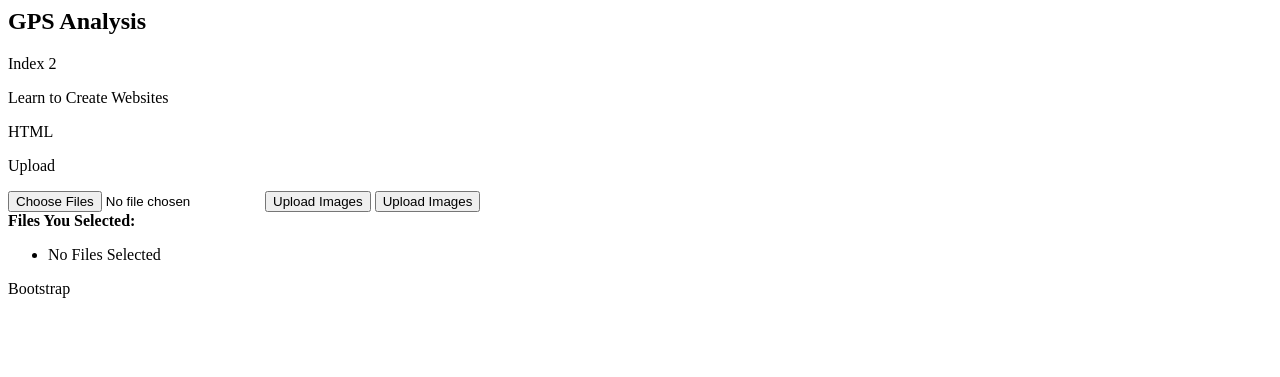
Repository: hanjangchen/Raspberry
Page: prjGAEGPSAnalysis/prjGPSAnalysis/src/static/my_ng_templates/desktop/index_2.html
The author's editor kept a copy of each file at every save. The page is drawn from the files as they stood at one save, then again after the next save.
The browser window is 1280 px wide. The pictures show the whole page.

Above is the page before, as saved 2014-10-31 02:59:07.
Console error: ReferenceError: $ is not defined

### prjGAEGPSAnalysis/prjGPSAnalysis/src/static/my_ng_templates/desktop/index_2.html
<!-- sub-template for index page -->
<div>
	<h2>GPS Analysis</h2>
	<my-index-gps-data>
	<p>Index 2</p>
	</my-index-gps-data>
</div>

<!-- content block -->
<div class="container-fluid">
	<div class="jumbotron">
		<p>Learn to Create Websites</p>
	</div>
	<div class="row">
		<div class="col-xs-4 col-sm-4 col-md-4 col-lg-4 ">
			<p>HTML</p>
		</div>
		<div class="col-xs-4 col-sm-4 col-md-4 col-lg-4">
			<p>Upload</p>

			<section>

				<input type="file" id="images_for_upload" name="images_for_upload"
					multiple="true" value="Add Images" accept="image/*"
					required="required"> <input type="submit"
					value="Upload Images"> <input type="button" id="btn_upload"
					value="Upload Images">
			</section>
			<section>
				<strong>Files You Selected:</strong>
				<ul id="files_list">
					<li>No Files Selected</li>
				</ul>
			</section>
		</div>
		<div class="col-xs-4 col-sm-4 col-md-4 col-lg-4">
			<p>Bootstrap</p>
		</div>
	</div>
</div>

<!-- js libs -->
<script type="text/javascript" src="/js/plugin_mis/numeric-1.2.6.min.js"></script>
<script type="text/javascript"
	src="/js/plugin_mis/particle_swarm_optimization.js"></script>
<script type="text/javascript">
<!--
	var imgs_for_upload = [];
	$('#images_for_upload')
			.change(
					function() {

						var input = document
								.getElementById("images_for_upload");
						var ul = document.getElementById("files_list");
						var toolarge = "";
						var maxsize = 1024000;
						while (ul.hasChildNodes()) {
							ul.removeChild(ul.firstChild);
						}
						for ( var i = 0; i < input.files.length; i++) {

							if (input.files[i].size > maxsize) {
								toolarge += input.files[i].name + "\n";
							} else {
								var li = document.createElement("li");
								li.innerHTML = input.files[i].name;
								ul.appendChild(li);
								imgs_for_upload.push(input.files[i]);
							}

						}
						if (!ul.hasChildNodes()) {
							var li = document.createElement("li");
							li.innerHTML = 'No Files Selected';
							ul.appendChild(li);
						}

						//
						if (toolarge != "") {
							alert("These images were not uploaded due to size limit of 1MB\n"
									+ toolarge);
						}
					});

	$('#btn_upload').click(function() {
		var data=new FormData();
		data.append("images_for_upload",imgs_for_upload);

		//
		send_photo(data);
	});

	function sendPhotos(filedata) {
		$.ajax({
	    	url: '/base/upload_img',
	    	data: filedata,
	    	cache: false,
	    	contentType: false,
	   	     processData: false,
	    	type: 'POST',
	    	success: function(receiveddata){
	    		var data=JSON.parse(receiveddata);
	    		imagelinks=data['img_urls'];
	    		for(var i=0;i<imagelinks.length;i++){
	        	$('#phototable').append('<tr><td><img src='+imagelinks[i]+'/></td></tr>');
	        }
	        }
			});

		}
//-->
</script>

### prjGAEGPSAnalysis/prjGPSAnalysis/src/static/javascripts/plugin_mis/particle_swarm_optimization.js
/*
 *  Particles Swarm Optimization
 *  This is a standard PSO to find out optimal solution through out the stochastic spaces
 *  PS: Current test function is (0.007 * x_1 * (-x_2 -1)) * ( cos(x_1 + 0.3) - sin(x_2))+(1 - sin(x_1)) and the optimal value is around -1.798
 * */

var particles_swarm_optimization = {

		// configuration
		config : {
			parameters_range : [[-15, -15],[15, 15]], // ranges of particles;
														// row 1 represent low
														// boundary and row 2
														// represent up boundary
			particles_size : 60, // size of particles swarm
			iteration : 50, // iteration number
			max_min_factor : -1, // 1 means to find max; -1 means to find min
			Emax : Number.MAX_VALUE, // maximum value
			Emin : -Number.MAX_VALUE, // minimum value
			Type : 0, // 0 for real number; 1 for integer

			c1 : 2.05, // cognitive parameter (original value; would be
						// replaced by linear change)
			c2 : 4.1 - 2.05, // c2 = 4.1 - c1 // social parameter (original
								// value; would be replaced by linear change)
			constriction_factor : 0.729, // constrain factor

			diff_of_ranges : [], // ranges of each parameter (from low
									// boundary to up boundary)
			up_boundaries : [], //
			low_boundaries : [], // low boundary

			particles_values : [], // values set of particles
			particles_initial_values : [], // initial values set of particles

			particles_velocity : [], // velocity set of particles
			particles_initial_velocity : [], // can be zero or certain
												// reasonable values based on
												// each particle range

			performance_index_set : [], // performance index set
			performance_initial_index_set : [], // initial performance index set

			learning_rate : 0, // learning rate
			learning_rate_self_param_min : 0.4, // minimum learning rate of
												// particle itself
			learning_rate_self_param_max : 0.9, // maximum learning rate of
												// particle itself
			learning_rate_cognitive_min : 1.9, // minimum learning rate of
												// cognitive parameter
			learning_rate_cognitive_max : 2.1, // maximum learning rate of
												// cognitive parameter
			learning_rate_cognitive : 0,
			learning_rate_social : 0,
			learning_rate_self : 0,

			min_cost : 0, // minimum cost
			min_cost_set : [],
			mean_cost : 0, // mean value
			mean_cost_set : [],
			RMS_cost : 0, // root-mean-square cost
			RMS_cost_set : [],

			local_optimal : 0, // local optimal
			index_local_optimal : 0, // index of global optimal in particles
										// set
			global_optimal : 0, // global optimal
			index_global_optimal : 0, // index of global optimal
			local_optimal_value_set : [],
			local_optimal_particles_set : [],
			global_optimal_value_set : [],
			global_optimal_particles_set : [],

		},

		// initialization function
		init_pso : function(){
			/* new */
			this.config.low_boundaries = this.config.parameters_range[0];
			this.config.up_boundaries = this.config.parameters_range[1];
			this.config.diff_of_ranges = numeric.sub(this.config.up_boundaries, this.config.low_boundaries);

			// init particles' values
			this.config.particles_values = numeric.random([this.config.particles_size, this.config.parameters_range[0].length]);
			this.config.particles_values = numeric.dotMMbig(this.config.particles_values, [[this.config.diff_of_ranges[0], 0], [0, this.config.diff_of_ranges[1]]]);
			var temp_low_boundaries_matrix = numeric.rep([this.config.particles_size], this.config.low_boundaries);
			this.config.particles_values = numeric.add(this.config.particles_values, temp_low_boundaries_matrix);

			// init particles velocity
			this.config.particles_velocity = numeric.rep([this.config.particles_size], [0, 0]);

			// evaluate init particles set
			for(var ith = 0; ith < this.config.particles_size; ith++){
				temp_particle_values = this.config.particles_values[ith];

				var performance_index = (0.007 * temp_particle_values[0] * (-temp_particle_values[1]-1)) * (Math.cos(temp_particle_values[0]+0.3) - Math.sin(temp_particle_values[1]))+(1-Math.sin(temp_particle_values[0]));
				if (performance_index > this.config.Emax){
					performance_index = this.config.Emax;
				}
				if (performance_index < this.config.Emin){
					performance_index = this.config.Emin;
				}
				this.config.performance_initial_index_set.push(performance_index);
			}

			// update optimal
			var temp_cost = numeric.mul(- this.config.max_min_factor, this.config.performance_initial_index_set);
			this.config.min_cost = Math.min.apply(Math, temp_cost);
			this.config.min_cost_set = numeric.rep([this.config.particles_size], this.config.min_cost);
			this.config.global_optimal = this.config.min_cost;
			var temp_min_index = temp_cost.indexOf(this.config.min_cost);
			var temp_optimal_particle = this.config.particles_values[temp_min_index];

			this.config.local_optimal_particles_set = numeric.rep([this.config.particles_size], temp_optimal_particle);
			this.config.global_optimal_particles_set = this.config.local_optimal_particles_set;
			this.config.local_optimal_value_set = numeric.rep([this.config.particles_size], this.config.min_cost);

			this.config.mean_cost = numeric.sum(temp_cost) / this.config.particles_size;

		},

		// go through iteration
		go_iteration : function(){
			for(var ith = 0; ith < this.config.iteration; ith++ ){
				this.config.learning_rate_self = this.config.learning_rate_self_param_max - (this.config.learning_rate_self_param_max - this.config.learning_rate_self_param_min) * (ith + 1) / this.config.iteration;

				this.config.learning_rate_cognitive = this.config.learning_rate_cognitive_max - (this.config.learning_rate_cognitive_max - this.config.learning_rate_cognitive_min) * (ith + 1) / this.config.iteration; //
				this.config.learning_rate_social = 4.1 - this.config.learning_rate_cognitive;

				var random_factor_cognitive = numeric.random([this.config.particles_size, this.config.parameters_range[0].length]);
				var random_factor_social = numeric.random([this.config.particles_size, this.config.parameters_range[0].length]);

				var temp_updated_velocity = [];
				var updated_self_learning_rate = numeric.mul(this.config.learning_rate_self, this.config.particles_velocity);

				var updated_cognitive_learning_rate = numeric.sub(this.config.local_optimal_particles_set, this.config.particles_values );
				updated_cognitive_learning_rate = numeric.mul(this.config.learning_rate_cognitive, random_factor_cognitive, updated_cognitive_learning_rate);

				var updated_social_learning_rate = numeric.sub(this.config.global_optimal_particles_set, this.config.particles_values);
				updated_social_learning_rate = numeric.mul(this.config.learning_rate_social, random_factor_social, updated_social_learning_rate);

				temp_updated_velocity = numeric.add(updated_self_learning_rate, updated_cognitive_learning_rate, updated_social_learning_rate);

				// update velocity
				this.config.particles_velocity = numeric.mul(this.config.constriction_factor, temp_updated_velocity);


				// update particles' values
				this.config.particles_values = numeric.add(this.config.particles_values, this.config.particles_velocity);


				// find out values outside boundaries
				var low_boundaries_set = numeric.rep([this.config.particles_size], this.config.low_boundaries);
				var up_boundaries_set = numeric.rep([this.config.particles_size], this.config.up_boundaries);

				var outside_min_boundary = numeric.leq(this.config.particles_values, low_boundaries_set);
				var not_outside_min_boundary = numeric.not(outside_min_boundary);
				var min_replaced_values = numeric.mul(outside_min_boundary, low_boundaries_set);
				var min_original_values = numeric.mul(not_outside_min_boundary, this.config.particles_values);

				this.config.particles_values = numeric.add(min_replaced_values, min_original_values);

				var outside_max_boundary = numeric.geq(this.config.particles_values, up_boundaries_set);
				var not_outside_max_boundary = numeric.not(outside_max_boundary);
				var max_replaced_values = numeric.mul(outside_max_boundary, up_boundaries_set);
				var max_original_values = numeric.mul(not_outside_max_boundary, this.config.particles_values);

				this.config.particles_values = numeric.add(max_replaced_values, max_original_values);

				// evaluate performance
				var temp_particle_values = 0;
				this.config.performance_index_set = [];
				for(var jth = 0; jth < this.config.particles_size; jth++){
					temp_particle_values = this.config.particles_values[jth];

					var performance_index = (0.007 * temp_particle_values[0] * (-temp_particle_values[1] - 1)) * (Math.cos(temp_particle_values[0] + 0.3) - Math.sin(temp_particle_values[1])) + (1 - Math.sin(temp_particle_values[0]));
					if (performance_index > this.config.Emax){
						performance_index = this.config.Emax;
					}
					if (performance_index < this.config.Emin){
						performance_index = this.config.Emin;
					}
					this.config.performance_index_set.push(performance_index);
				}

				//
				var temp_cost_set = numeric.mul(- this.config.max_min_factor, this.config.performance_index_set);


				var temp_better_cost_set = numeric.lt(temp_cost_set, this.config.local_optimal_value_set);
				var not_temp_better_cost_set = numeric.not(temp_better_cost_set);
				var replaced_cost_set = numeric.mul(temp_better_cost_set, temp_cost_set);
				var original_cost_set = numeric.mul(not_temp_better_cost_set, this.config.local_optimal_value_set);
				this.config.local_optimal_value_set = numeric.add(replaced_cost_set, original_cost_set);

				var better_cost_set = numeric.transpose([temp_better_cost_set, temp_better_cost_set]);
				better_cost_set = numeric.mul(better_cost_set, this.config.particles_values);
				var not_better_cost_set = numeric.transpose([not_temp_better_cost_set, not_temp_better_cost_set]);
				not_better_cost_set = numeric.mul(not_better_cost_set, this.config.local_optimal_particles_set);
				this.config.local_optimal_particles_set = numeric.add(better_cost_set, not_better_cost_set);


				var temp_optimal = Math.min.apply(Math, this.config.local_optimal_value_set);
				var temp_optimal_index = this.config.local_optimal_value_set.indexOf(temp_optimal);
				var pre_global_optimal = this.config.global_optimal;
				if (temp_optimal < this.config.global_optimal){
					this.config.global_optimal = temp_optimal;
					this.config.global_optimal_particles_set = numeric.rep([this.config.particles_size], this.config.particles_values[temp_optimal_index]);

					if (Math.abs(temp_optimal - pre_global_optimal) < numeric.epsilon){
						break;
					}
				}
			}
		},

		// start optimization
		start_optimization : function(){
			this.init_pso();
			this.go_iteration();
			console.log(JSON.stringify(this.config.global_optimal,2,2));
		}
}

// test
particles_swarm_optimization.start_optimization();

Loaded but not shown: prjGAEGPSAnalysis/prjGPSAnalysis/src/static/javascripts/plugin_mis/numeric-1.2.6.min.js (library)

After the next save:
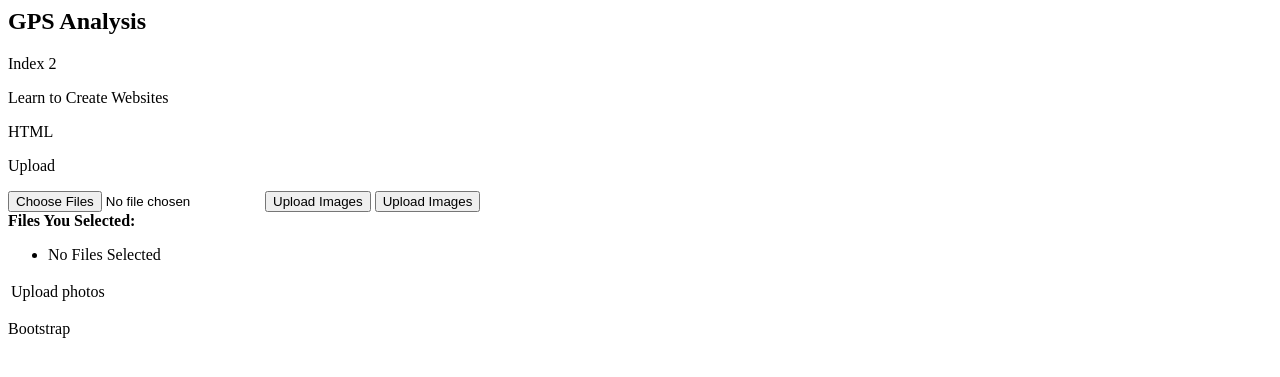
Saved 35 s later.
--- a/prjGAEGPSAnalysis/prjGPSAnalysis/src/static/my_ng_templates/desktop/index_2.html
+++ b/prjGAEGPSAnalysis/prjGPSAnalysis/src/static/my_ng_templates/desktop/index_2.html
@@ -31,6 +31,11 @@
 				<ul id="files_list">
 					<li>No Files Selected</li>
 				</ul>
+			</section>
+			<section>
+				<table id="phototable">
+				<tr><td id="addbirdphoto">Upload photos</td></tr>
+			</table>
 			</section>
 		</div>
 		<div class="col-xs-4 col-sm-4 col-md-4 col-lg-4">
